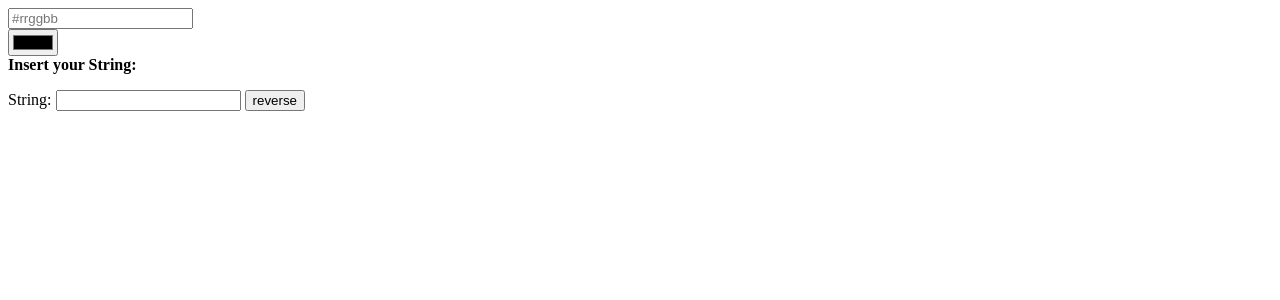
Repository: Micheal11/ReverseStringAssignment
Page: src/MyWidget/widget/template/MyWidget.html
The author's editor kept a copy of each file at every save. The page is drawn from the files as they stood at one save, then again after the next save.
The browser window is 1280 px wide. The pictures show the whole page.

Above is the page before, as saved 2017-07-14 16:40:59.

After the next save:
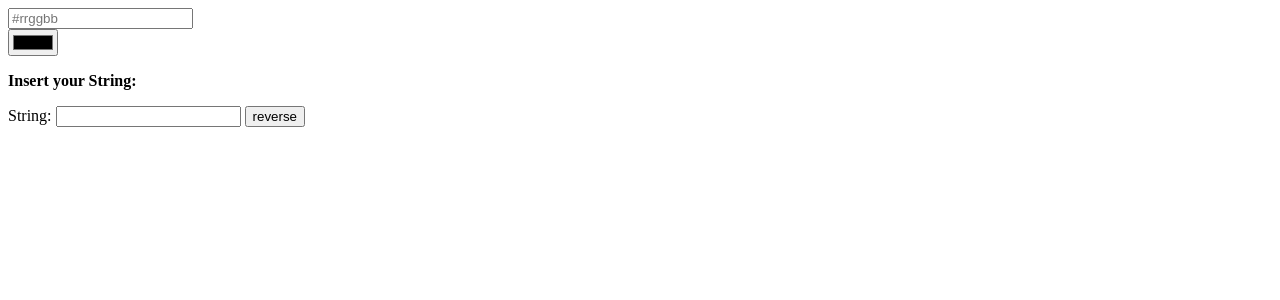
Saved 69 s later.
--- a/src/MyWidget/widget/template/MyWidget.html
+++ b/src/MyWidget/widget/template/MyWidget.html
@@ -1,6 +1,6 @@
 <div class="widgetname">
     <form>
-        <div class="input-group" data-dojo-attach-point="inputNodes">
+        <!--<div class="input-group" data-dojo-attach-point="inputNodes">-->
             <input type="text" class="form-control" placeholder="#rrggbb" data-dojo-attach-point="colorInputNode">
             <div class="input-group-addon"><input type="color" data-dojo-attach-point="colorSelectNode"></div>
         </div>

After the save that followed:
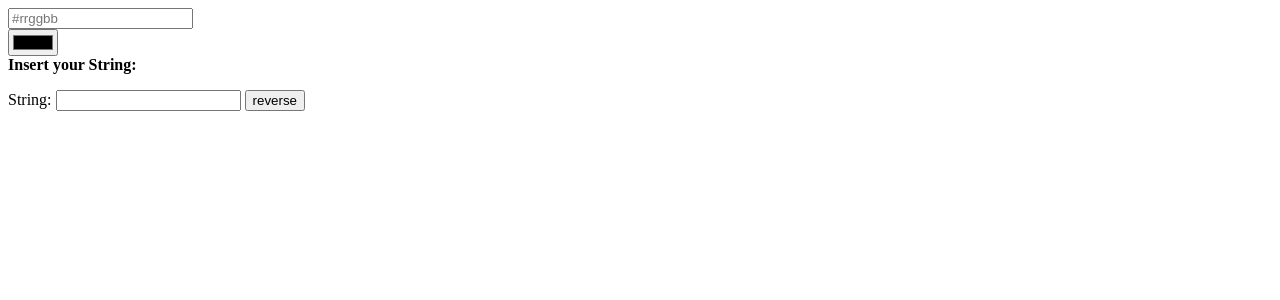
Saved 6 min 21 s later.
--- a/src/MyWidget/widget/template/MyWidget.html
+++ b/src/MyWidget/widget/template/MyWidget.html
@@ -1,6 +1,6 @@
 <div class="widgetname">
     <form>
-        <!--<div class="input-group" data-dojo-attach-point="inputNodes">-->
+        <div class="input-group" data-dojo-attach-point="inputNodes">
             <input type="text" class="form-control" placeholder="#rrggbb" data-dojo-attach-point="colorInputNode">
             <div class="input-group-addon"><input type="color" data-dojo-attach-point="colorSelectNode"></div>
         </div>
